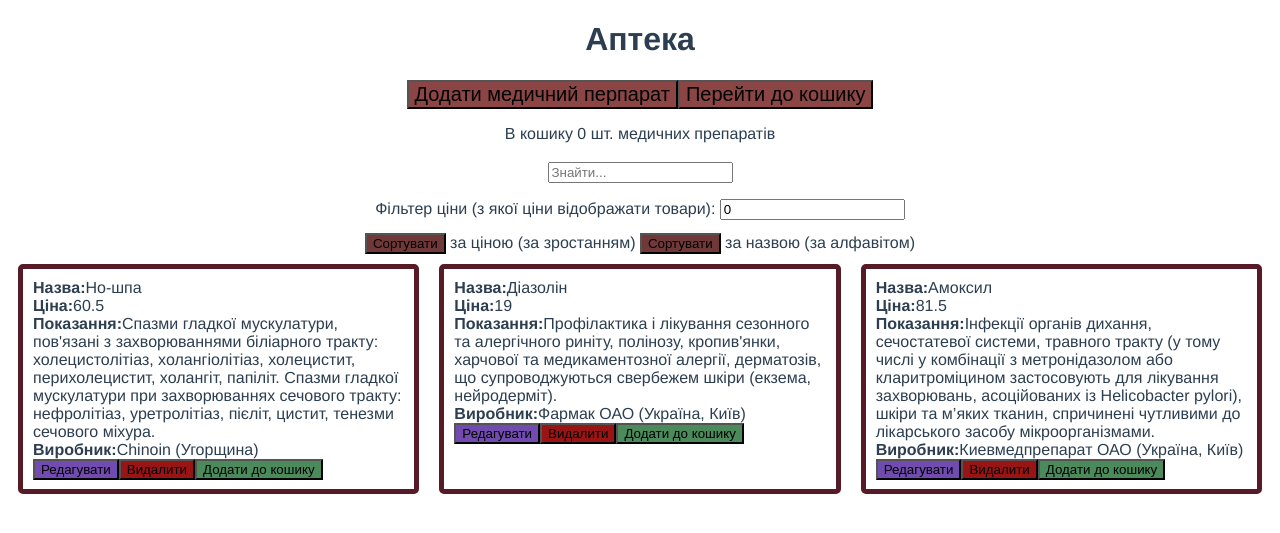
Repository: kristinap8/pharmacy
Page: /
These files come from the project's save history. The page is drawn as it stood at one moment and after the next save; the edit follows.
The browser window is 1280 px wide. The pictures show the whole page.
The project was rebuilt for these pictures with package versions that can differ from the ones it lists, and the page was loaded fresh each time. Also part of the build but not shown: src/components/AddMedicineForm/index.vue, src/pages/AddMedicine/index.vue, src/components/EditMedicineForm/index.vue, src/pages/EditMedicine/index.vue, src/components/CartForm/index.vue, src/pages/Cart/index.vue.

Above is the page before, as saved 2020-12-10 14:36:48.

After the next save:
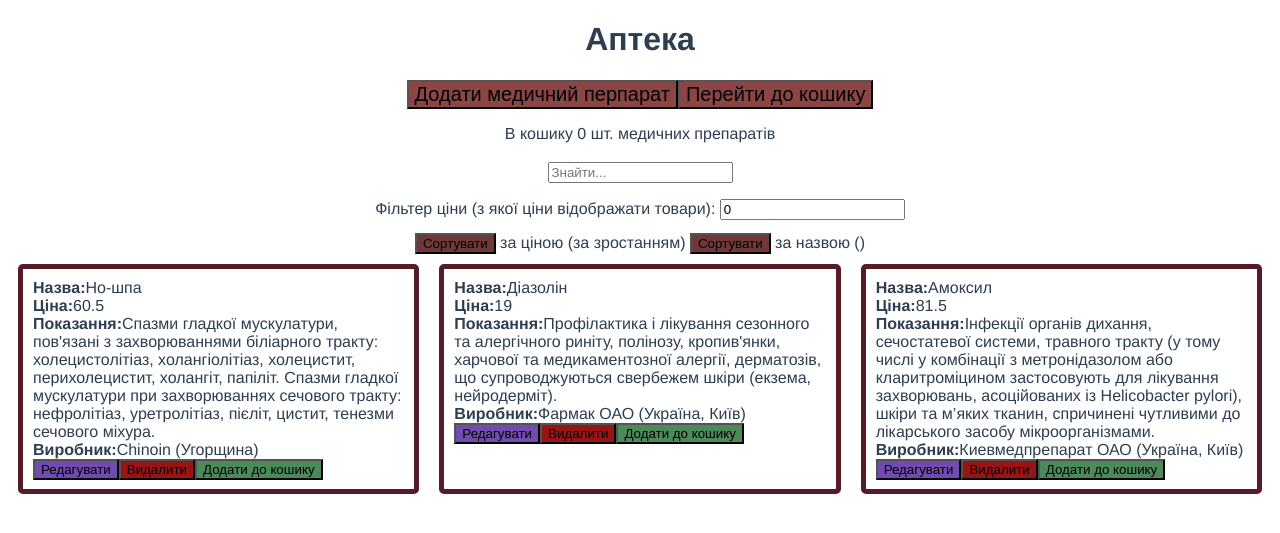
Saved 87 s later.
--- a/src/components/MedicinesList/index.vue
+++ b/src/components/MedicinesList/index.vue
@@ -11,9 +11,9 @@
         </div>
         <div class="sort">
               <button id="s" @click="sortByPrice">Сортувати</button>
-                за ціною (за зростанням)
+                за ціною ({{sortP}})
               <button id="s" @click="sortByName">Сортувати</button>
-                за назвою (за алфавітом)
+                за назвою ({{sortN}})
         </div>
     <div class="list-container">
     <medicine-card
@@ -66,10 +66,11 @@ import MedicineCard from "./MedicineCard"
                     return filtered
                  }
                 },
-            methods: {
+           methods: {
+               sortByPrice() {
 
-
-            }
+               }
+           },
     }
 </script>
 
